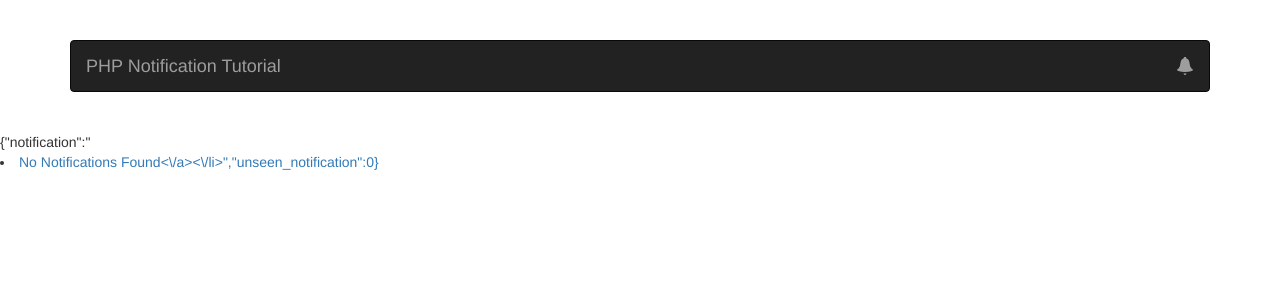
Repository: eunminhansoo/Oirp
Page: http://localhost/administrator_notification.php
An editor plug-in stored every save of this project. The page is shown before and after the next save, followed by the edit.
The browser window is 1280 px wide. The pictures show the whole page.
Some web libraries are served in a nearby version. The page is run by PHP 8.4 with error messages shown; the project is at /var/www/html/. Queries for data that is not in the repository find no rows.

Above is the page before, as saved 2018-04-12 08:39:23.

After the next save:
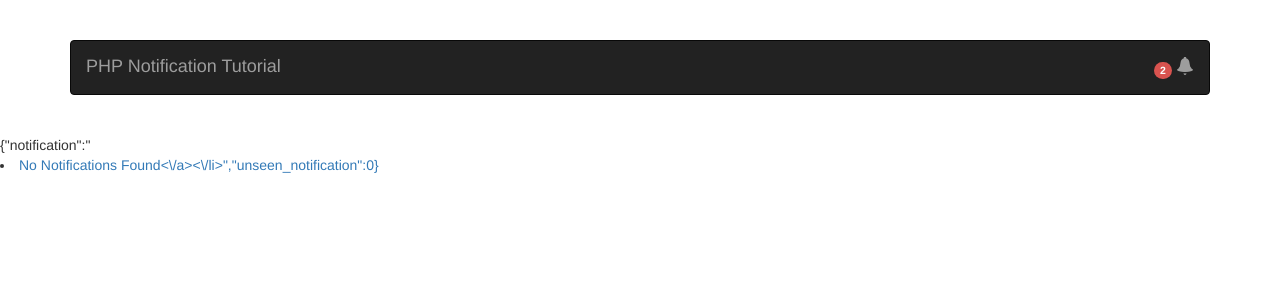
Saved 5 min 5 s later.
--- a/OIRP_WEB/administrator_notification.php
+++ b/OIRP_WEB/administrator_notification.php
@@ -36,7 +36,7 @@
 
      <li class="dropdown">
 
-      <a href="#" class="dropdown-toggle" data-toggle="dropdown"><span class="label label-pill label-danger count" style="border-radius:10px;"></span> <span class="glyphicon glyphicon-bell" style="font-size:18px;"></span></a>
+      <a href="#" class="dropdown-toggle" data-toggle="dropdown"><span class="label label-pill label-danger count" style="border-radius:10px;">2</span> <span class="glyphicon glyphicon-bell" style="font-size:18px;"></span></a>
 
       <ul class="dropdown-menu"></ul>
 
